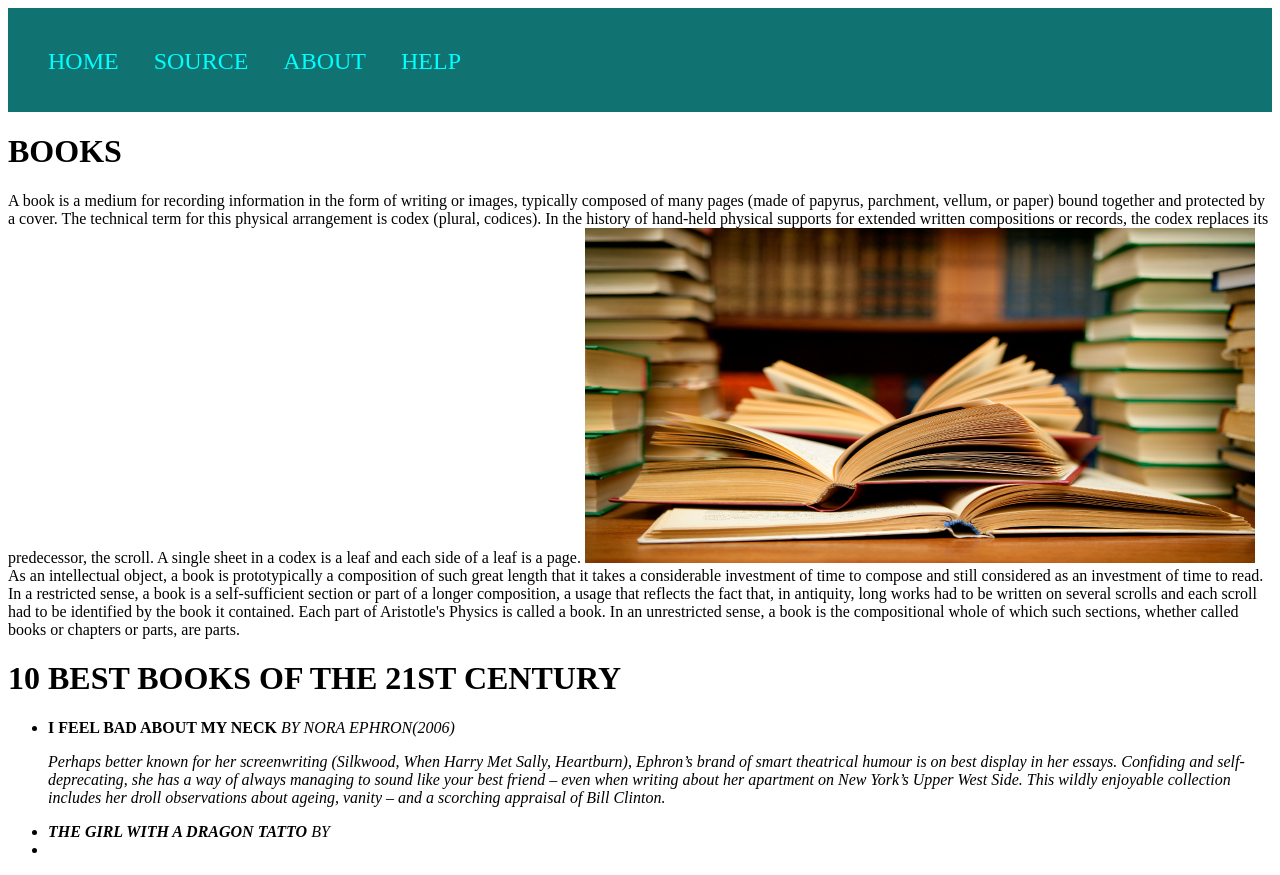
Repository: Hanan-arts/websites
Page: 01 web design/website.html
These files come from the project's save history. The page is drawn as it stood at one moment and after a run of saves; the edit follows.
The browser window is 1280 px wide. The pictures show the whole page.

Above is the page before, as saved 2021-02-13 21:32:59.

### 01 web design/website.html
<!DOCTYPE html>
<html lang="en">
<head>
    <meta charset="UTF-8">
    <meta http-equiv="X-UA-Compatible" content="IE=edge">
    <meta name="viewport" content="width=device-width, initial-scale=1.0">
    <title>BOOKS WORLD</title>
</head>
<link rel="stylesheet" href="c.css">
<body>
    <div class="container">
        <div class="nav-wrapper">
        <div class="left-side">
            <div class="nav-link-wrapper">
                <a href="website.html">HOME</a>
            </div>
            <div class="nav-link-wrapper">
                <a href="Source.html">SOURCE</a>
            </div>
                <div class="nav-link-wrapper">
                    <a href="About.html">ABOUT</a>
                </div>
                    <div class="nav-link-wrapper">
                        <a href="Help.html">HELP</a>
                    </div>
                </div>
            </div>
        </div>
        </div>
        </div>
    </div>
<h1><b>BOOKS</b></h1>
<p>A book is a medium for recording information in the form of writing or images, typically composed of
many pages (made of papyrus, parchment, vellum, or paper) bound together and protected by a cover.
The technical term for this physical arrangement is codex (plural, codices). In the history of
hand-held physical supports for extended written compositions or records, the codex replaces its
predecessor, the scroll. A single sheet in a codex is a leaf and each side of a leaf is a page.
<img src="books-for-survey.jpg" ><br>

As an intellectual object, a book is prototypically a composition of such great length that it takes
a considerable investment of time to compose and still considered as an investment of time to read.
In a restricted sense, a book is a self-sufficient section or part of a longer composition,
a usage that reflects the fact that, in antiquity, long works had to be written on several scrolls and
each scroll had to be identified by the book it contained. Each part of Aristotle's Physics is called a
book.
In an unrestricted sense, a book is the compositional whole of which such sections, whether called books
or chapters or parts,
are parts.
</body>
<p><b></b><h1>10 BEST BOOKS OF THE 21ST CENTURY</h1></p>
<p>
    <div>
        <ul>
            <li><b>I FEEL BAD ABOUT MY NECK     </b> <i>BY NORA EPHRON(2006)
                <p>Perhaps better known for her screenwriting (Silkwood, When Harry Met Sally, Heartburn),
                Ephron’s brand of smart theatrical humour is on best display in her essays. Confiding and
            self-deprecating, she has a way of always managing to sound like your best friend – even when
            writing about her apartment on New York’s Upper West Side. This wildly enjoyable collection includes
            her droll observations about ageing, vanity –
                    and a scorching appraisal of Bill Clinton.</p>

                    <li><b>THE GIRL WITH A DRAGON TATTO   </b><I>BY </I></li>

            </i></li>
            <li></li>

        </ul>
    </div>

</p>

</html>

### 01 web design/c.css
.nav-wrapper{
    display:flex;
    justify-content: space-between;
    padding: 40px;
    background-color: rgb(17, 114, 114);
}
.left-side{
    display: flex;
}
.nav-wrapper > .left-side > div {
    margin-right: 35px;
    font-size: 1.5em;
    text-transform: uppercase;
}
.nav-link-wrapper{
    height: 23px;
    border-bottom: 1.2px solid transparent;
    transition: border-bottom 0.7s;
}
.nav-link-wrapper a {
    color: aqua;
    text-decoration: wavy;
    transition: color 0.7s;
}
.nav-link-wrapper:hover{
    border-bottom: 1.5px solid gray;
}
.nav-link-wrapper a:hover{
    color: gray;
}

After the next 3 saves:
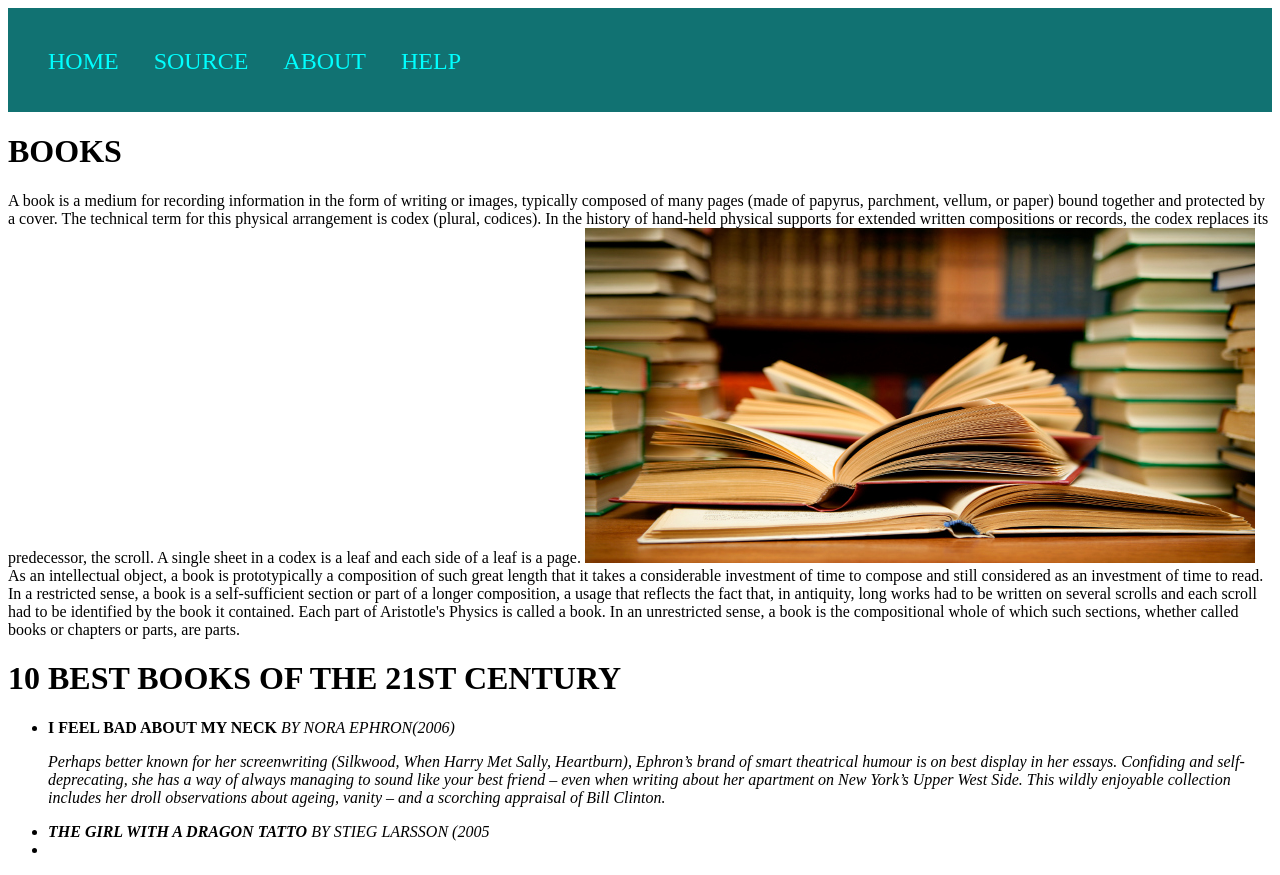
The 3 saves are shown as one change because they came seconds apart.
The last was saved 21 s later.
--- a/01 web design/website.html
+++ b/01 web design/website.html
@@ -59,7 +59,7 @@ are parts.
             her droll observations about ageing, vanity –
                     and a scorching appraisal of Bill Clinton.</p>
 
-                    <li><b>THE GIRL WITH A DRAGON TATTO   </b><I>BY </I></li>
+                    <li><b>THE GIRL WITH A DRAGON TATTO   </b><I>BY STIEG LARSSON (2005</I></li>
 
             </i></li>
             <li></li>
